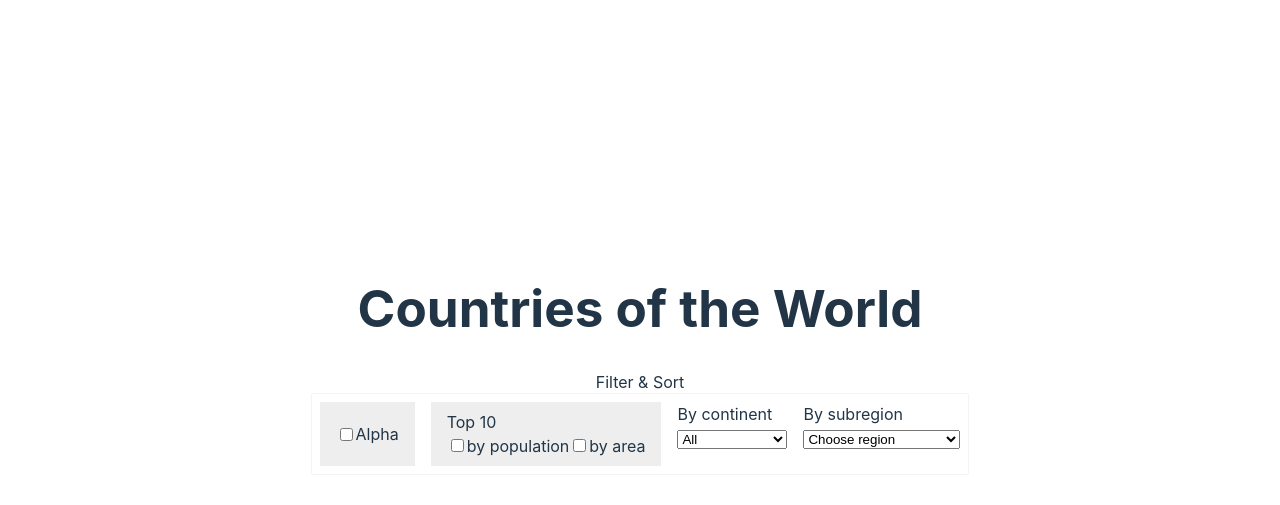
Repository: SamanthaYan298/my_countries
Page: /
An editor plug-in stored every save of this project. The page is shown before and after the next save, followed by the edit.
The browser window is 1280 px wide. The pictures show the whole page.
The project was rebuilt for these pictures with package versions that can differ from the ones it lists, and the page was loaded fresh each time. Also part of the build but not shown: vite.config.js.

Above is the page before, as saved 2024-11-04 17:39:13.

### src/App.jsx
import { useState } from 'react'
import './App.css'

function App() {

  return (
    <>
      <h1>Countries of the World</h1>
      <div className="container">
        <div className='inner-container'>
          <p>Filter & Sort</p>
          <div className='filters'>
            <div className='alpha'>
              <input type="checkbox"/>
              <label htmlFor="alpha">Alpha</label>
            </div>
            <div className='categories'>
              <p>Top 10</p>
              <input type="checkbox"/>
              <label htmlFor="by-population">by population</label>
              <input type="checkbox" />
              <label htmlFor="by-area">by area</label>
            </div>
            <div>
              <p>By continent</p>
              <select>
                <option value="All">All</option>
                <option value="Antarctica">Antarctica</option>
                <option value="North America">North America</option>
                <option value="Europe">Europe</option>
                <option value="Africa">Africa</option>
                <option value="Asia">Asia</option>
                <option value="Oceania">Oceania</option>
                <option value="South America">South America</option>
              </select>
            </div>
            <div>
            <p>By subregion</p>
              <select>
                <option value="Choose region">Choose region</option>
                <option value="Caribbean">Caribbean</option>
                <option value="Western Europe">Western Europe</option>
                <option value="Western Africa">Western Africa</option>
                <option value="Central Europ">Central Europ</option>
                <option value="Estern Asia">Estern Asia</option>
                <option value="Polynesia">Polynesia</option>
                <option value="North Africa">North Africa</option>
                <option value="Southern Europe">Southern Europe</option>
                <option value="Southern-Eastern Asia">Southern-Eastern Asia</option>
              </select>
            </div>
          </div>
        </div>
      </div>
    </>
  )
}

export default App

### src/App.css
#root {
  max-width: 1280px;
  margin: 0 auto;
  padding: 2rem;
  text-align: center;
}

.container {
  display: flex;
  flex-direction: row;
  align-items: flex-start;
}

.container p {
  margin-top: 0;
  margin-bottom: 0;
}

.filters {
  display: flex;
  flex-direction: row;
}

.alpha {
  display: flex;
  flex-direction: row;
  align-items: center;
  justify-content: center;
  padding: 0.5rem 1rem;
  background-color: rgb(238, 238, 238);
  margin-top: 0;
}

.filters {
  gap: 1rem;
  text-align: left;
  padding: 0.5rem;
  box-shadow: rgba(0, 0, 0, 0.25) 0px 0px 1px 0px;
}

.categories {
  padding: 0.5rem 1rem;
  background-color: rgb(238, 238, 238);
}

Loaded but not shown: index.html (common file); src/main.jsx (common file); src/index.css (common file)

After the next save:
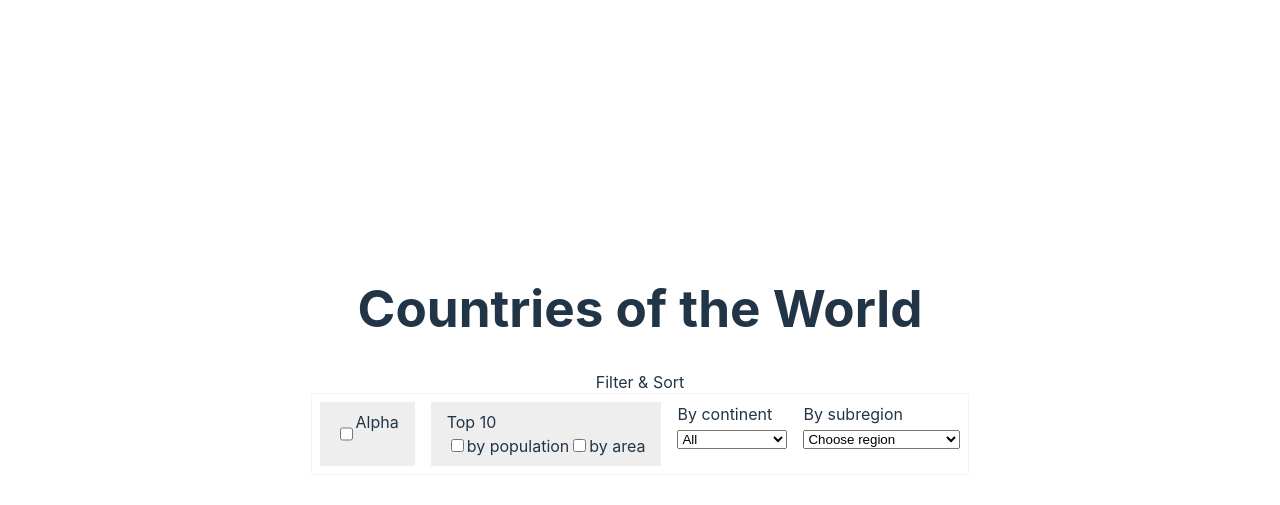
Saved 22 s later.
--- a/src/App.css
+++ b/src/App.css
@@ -24,8 +24,6 @@
 .alpha {
   display: flex;
   flex-direction: row;
-  align-items: center;
-  justify-content: center;
   padding: 0.5rem 1rem;
   background-color: rgb(238, 238, 238);
   margin-top: 0;
